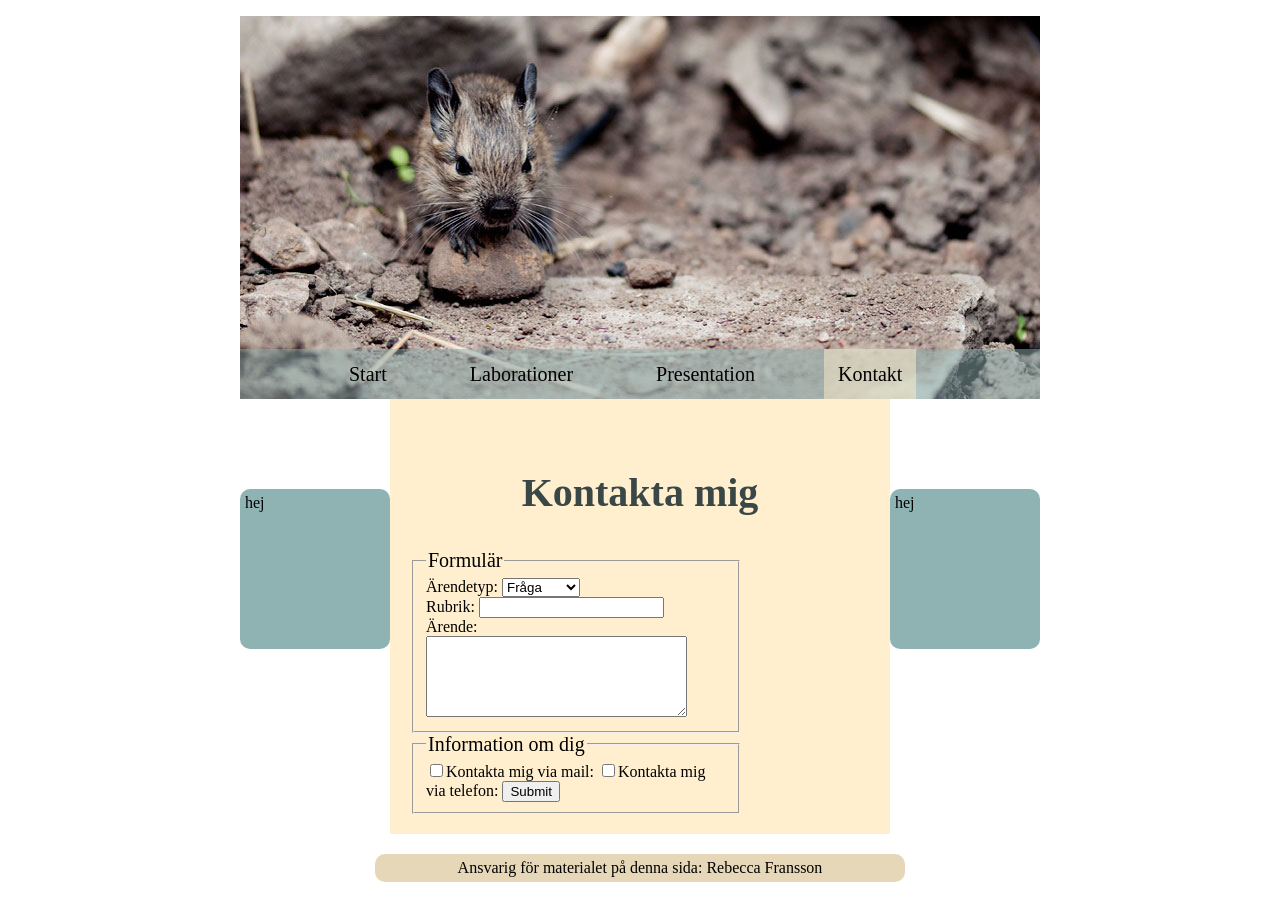
Repository: RebeccaFransson/Interfacedevelopment-1IK415
Page: pages/kontakt.html
The author's editor kept a record of every edit. The page is drawn from the files as they stood at one moment, then again after the next edit.
The browser window is 1280 px wide. The pictures show the whole page.

Above is the page before.

After the next edit:
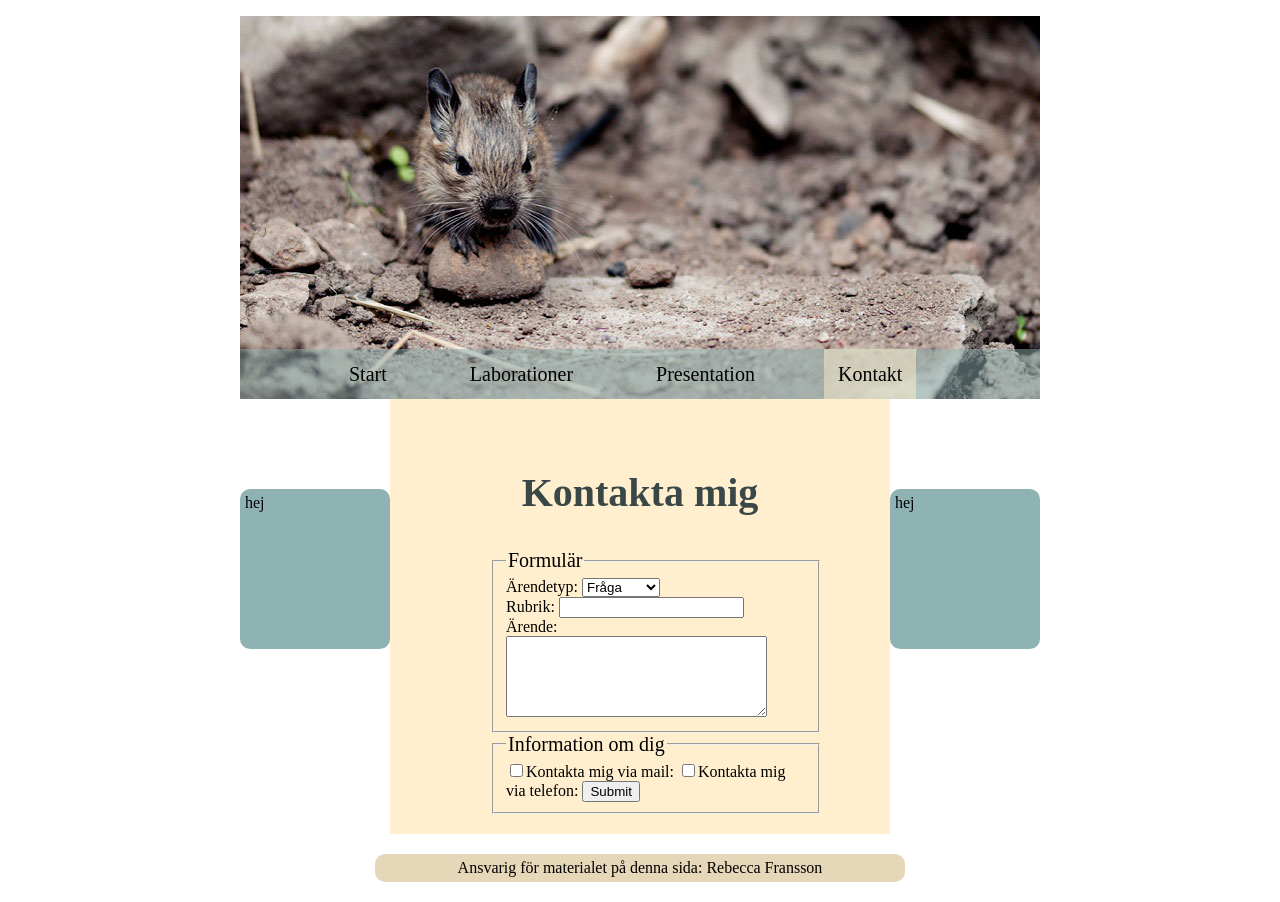
The edit:
--- a/css/style.css
+++ b/css/style.css
@@ -153,6 +153,8 @@
 /* Här kommer formulärets Css*/
 .form {
     text-align:left;
+    width: 300px;
+    margin:auto;
 }
 #content legend {
     font-size: 20px;
